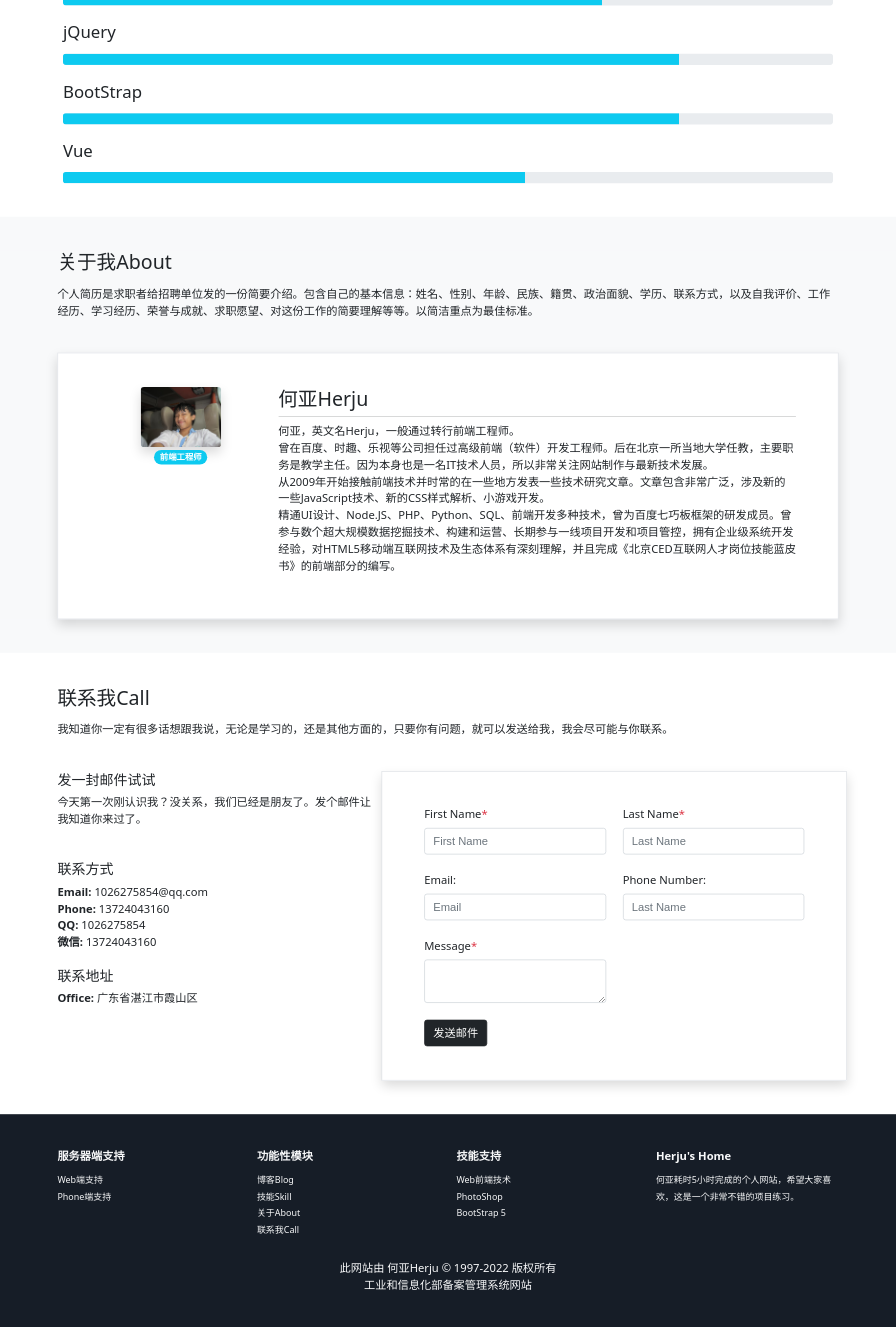
Repository: herjuandlonely/github.io
Page: index.html
An editor plug-in stored every save of this project. The page is shown before and after the next save, followed by the edit.
The browser window is 1280 px wide. The pictures show the part of the page from y = 1804 to 3724 px (the page is 3700 px tall before and 3724 px after), at 70% of full size.

Above is the page before, as saved 2022-06-30 21:06:27.

After the next save:
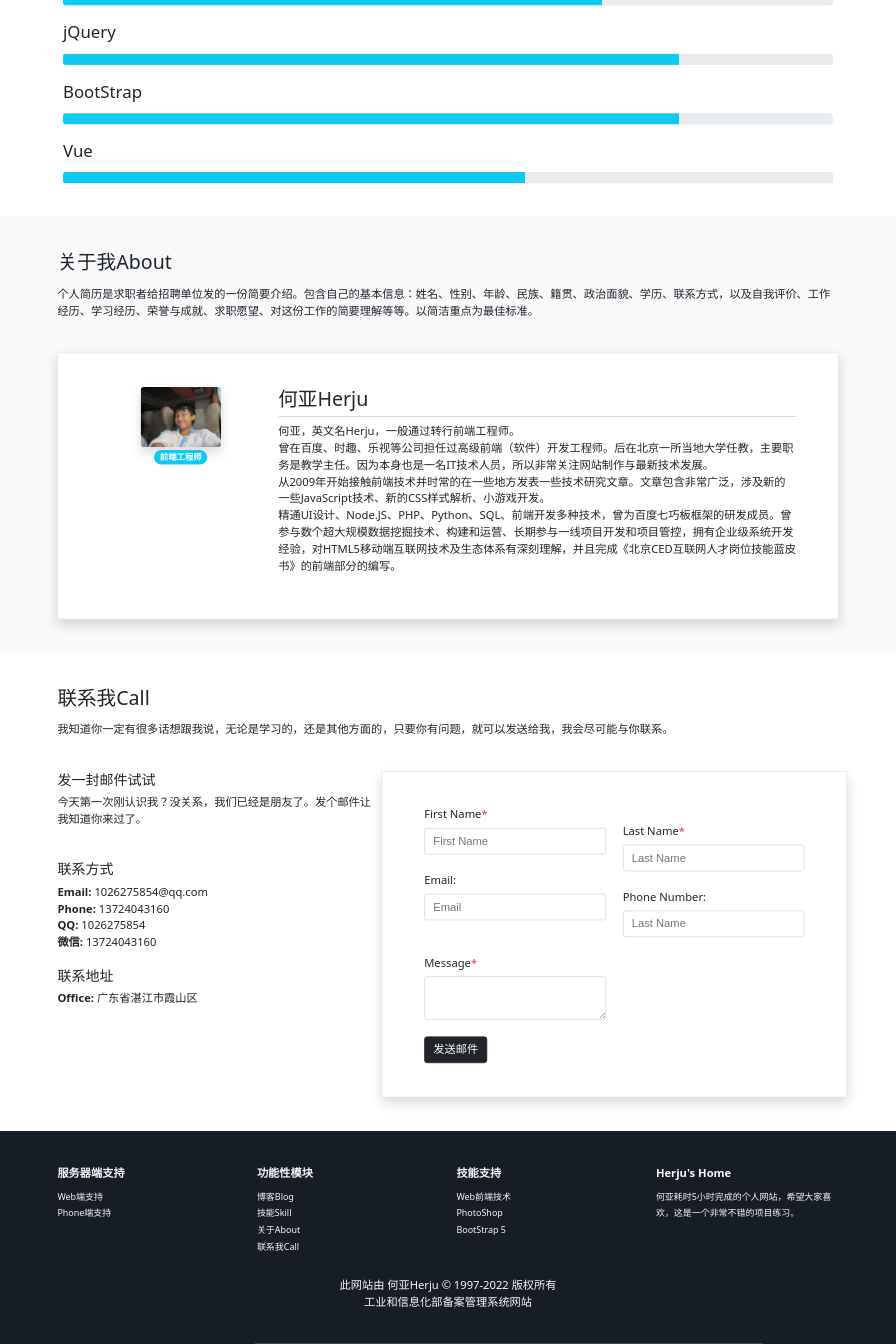
Saved 65 s later.
--- a/index.html
+++ b/index.html
@@ -263,7 +263,7 @@
                                 <label class=" form-label fw-lighter mt-4" for="email">Email:</label>
                                 <input type="text" class="form-control" id="email" placeholder="Email"/>
                             </div>
-                            <div class="col-lg-6 col-12">
+                            <div class="col-lg-6 col-12 mt-4">
                                 <label class=" form-label fw-lighter" for="lastNameIput">Last Name<span class=" text-danger">*</span></label>
                                 <input type="text" required class="form-control" id="lastNameIput" placeholder="Last Name"/>
                                 <label class=" form-label fw-lighter mt-4" for="phoneIput">Phone Number:</label>

After the save that followed:
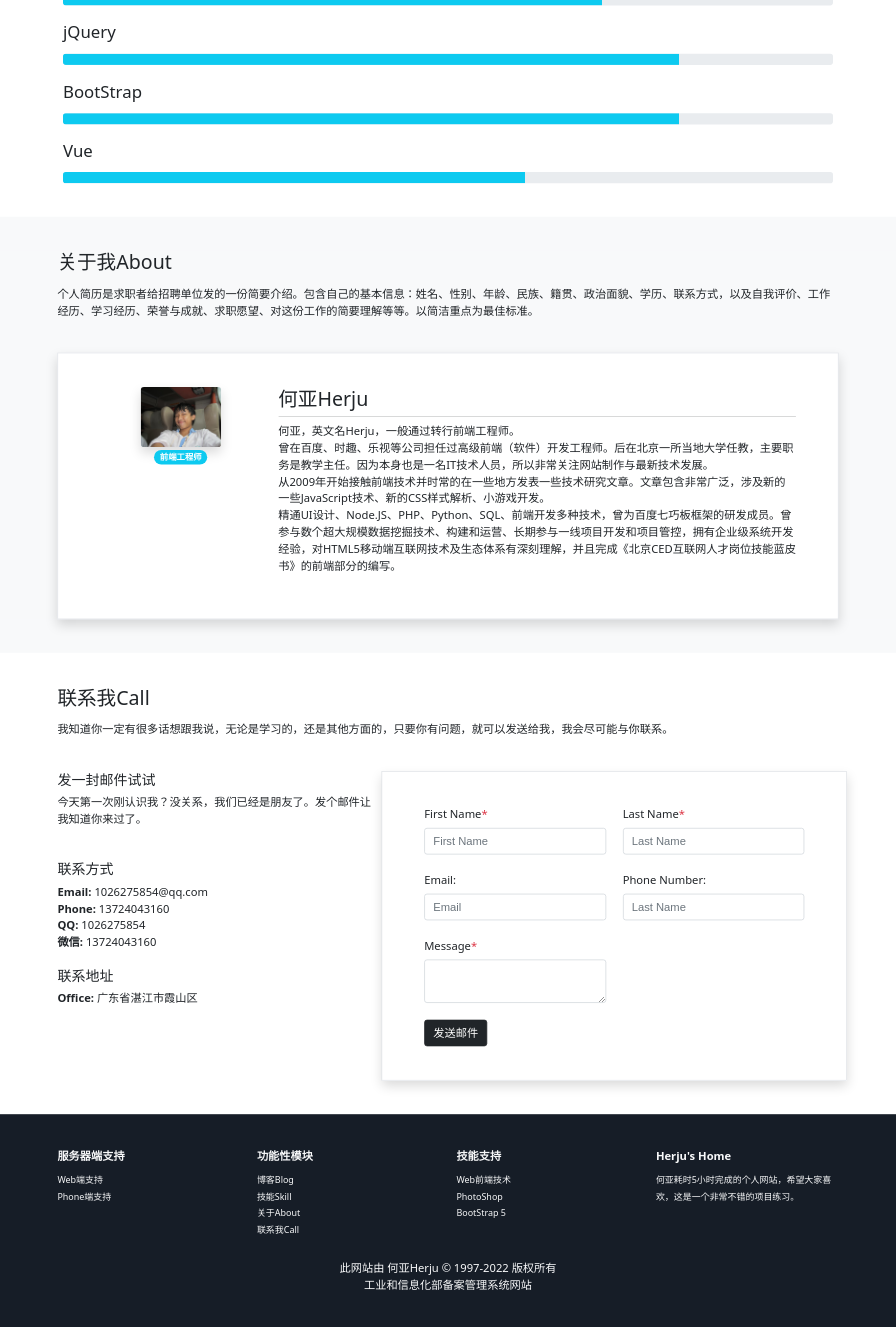
Saved 8 s later.
--- a/index.html
+++ b/index.html
@@ -263,7 +263,7 @@
                                 <label class=" form-label fw-lighter mt-4" for="email">Email:</label>
                                 <input type="text" class="form-control" id="email" placeholder="Email"/>
                             </div>
-                            <div class="col-lg-6 col-12 mt-4">
+                            <div class="col-lg-6 col-12 mt-4 mt-lg-0">
                                 <label class=" form-label fw-lighter" for="lastNameIput">Last Name<span class=" text-danger">*</span></label>
                                 <input type="text" required class="form-control" id="lastNameIput" placeholder="Last Name"/>
                                 <label class=" form-label fw-lighter mt-4" for="phoneIput">Phone Number:</label>
